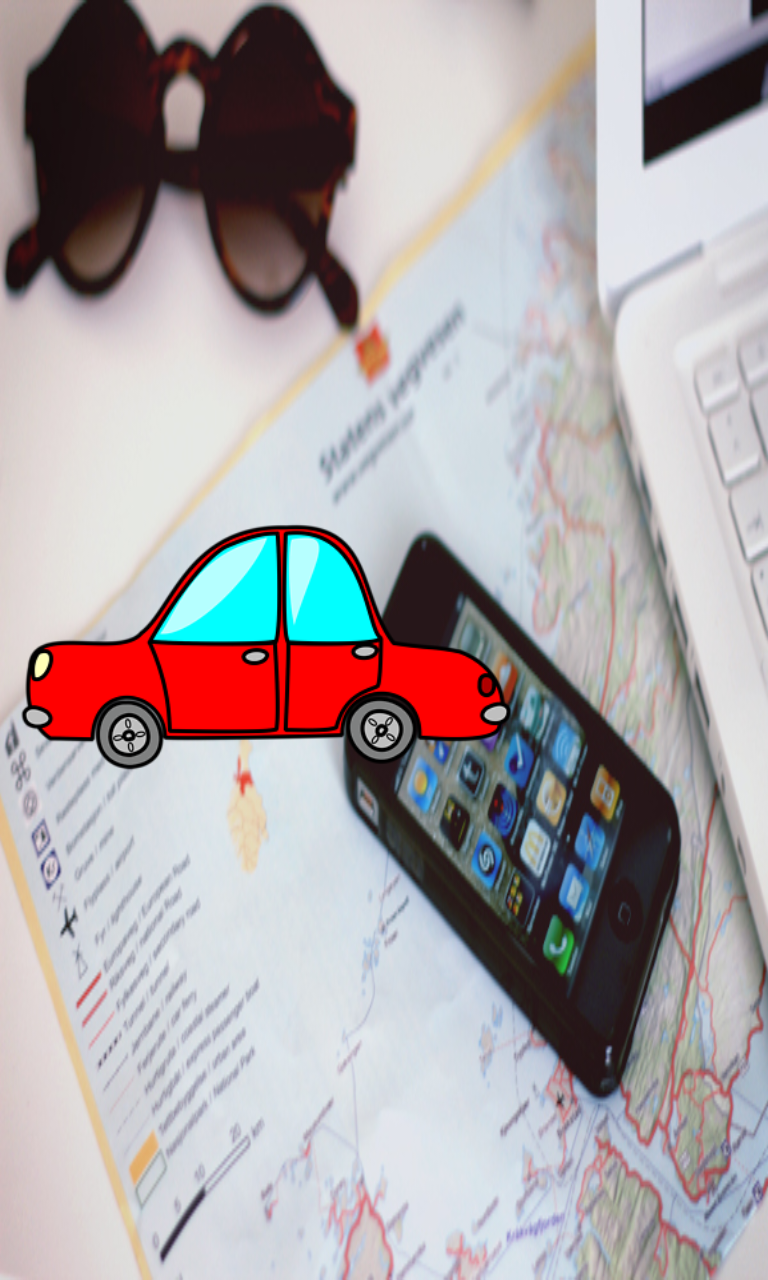
Repository: prernanain27/Android-Travel-Project
Layout: Itravel/res/layout/activity_itravel.xml
The author's editor kept a copy of each file at every save. The layout is drawn from the files as they stood at one save, then again after the next save.
It is drawn on a 768 x 1280 px phone screen (xhdpi) without system bars, with theme AppTheme; the app's code is not run.

Above is the layout before, as saved 2013-09-20 19:06:38.

After the next save:
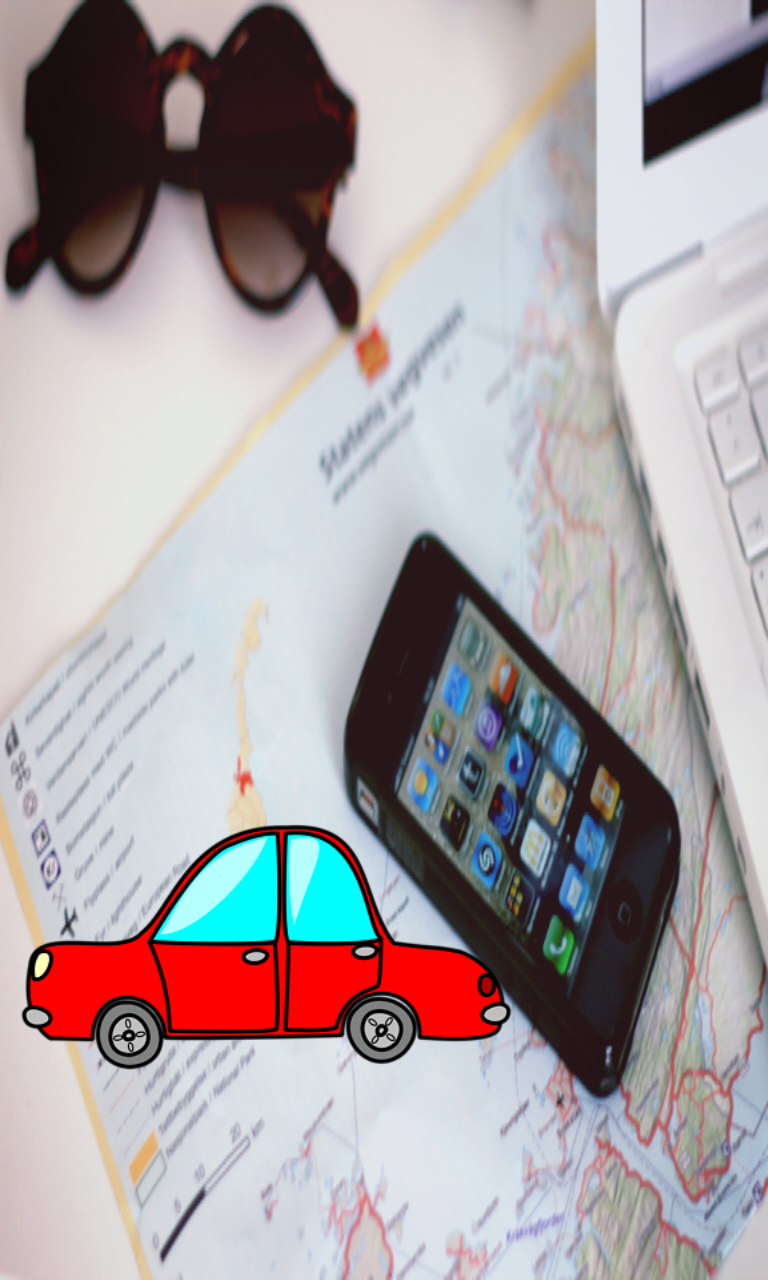
Saved 11 s later.
--- a/Itravel/res/layout/activity_itravel.xml
+++ b/Itravel/res/layout/activity_itravel.xml
@@ -10,7 +10,7 @@
     android:layout_width="wrap_content"
     android:layout_height="wrap_content"
     android:src="@drawable/car"
-    android:layout_marginTop="200dp"
+    android:layout_marginTop="350dp"
     />
 
 </LinearLayout>
